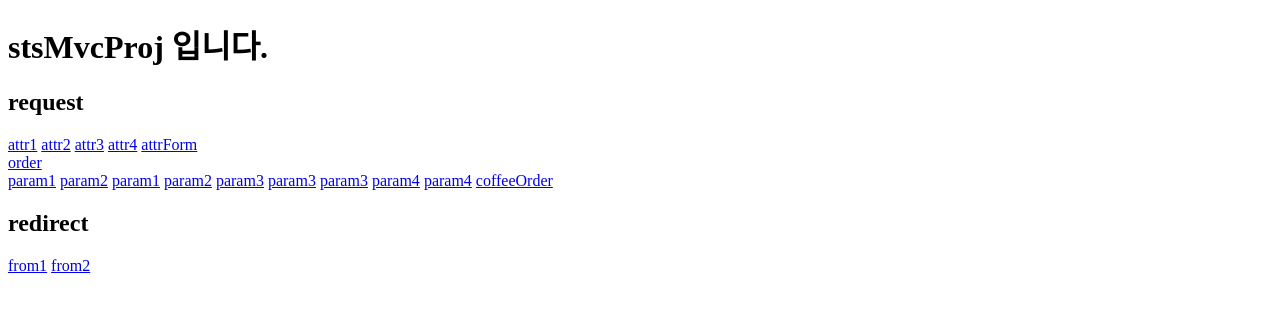
Repository: Yousehyeon/spring_work
Page: stsMvcProj/src/main/webapp/views/home.html
An editor plug-in stored every save of this project. The page is shown before and after the next save, followed by the edit.
The browser window is 1280 px wide. The pictures show the whole page.

Above is the page before, as saved 2023-08-21 03:45:32.

After the next save:
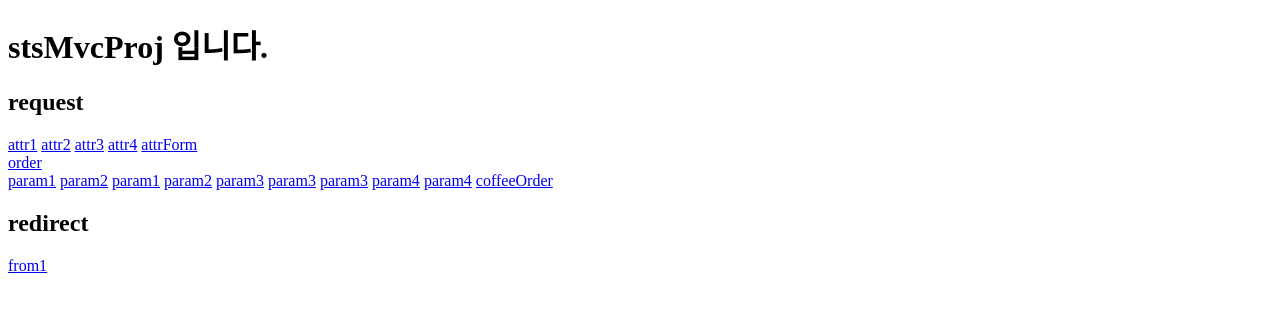
Saved 8 s later.
--- a/stsMvcProj/src/main/webapp/views/home.html
+++ b/stsMvcProj/src/main/webapp/views/home.html
@@ -27,6 +27,5 @@
 <a href="request/coffee">coffeeOrder</a>
 <h2>redirect</h2>
 <a href="red/from1?id=aaa&age=44&marriage=true">from1</a>
-<a href="red/from2">from2</a>
 </body>
 </html>
